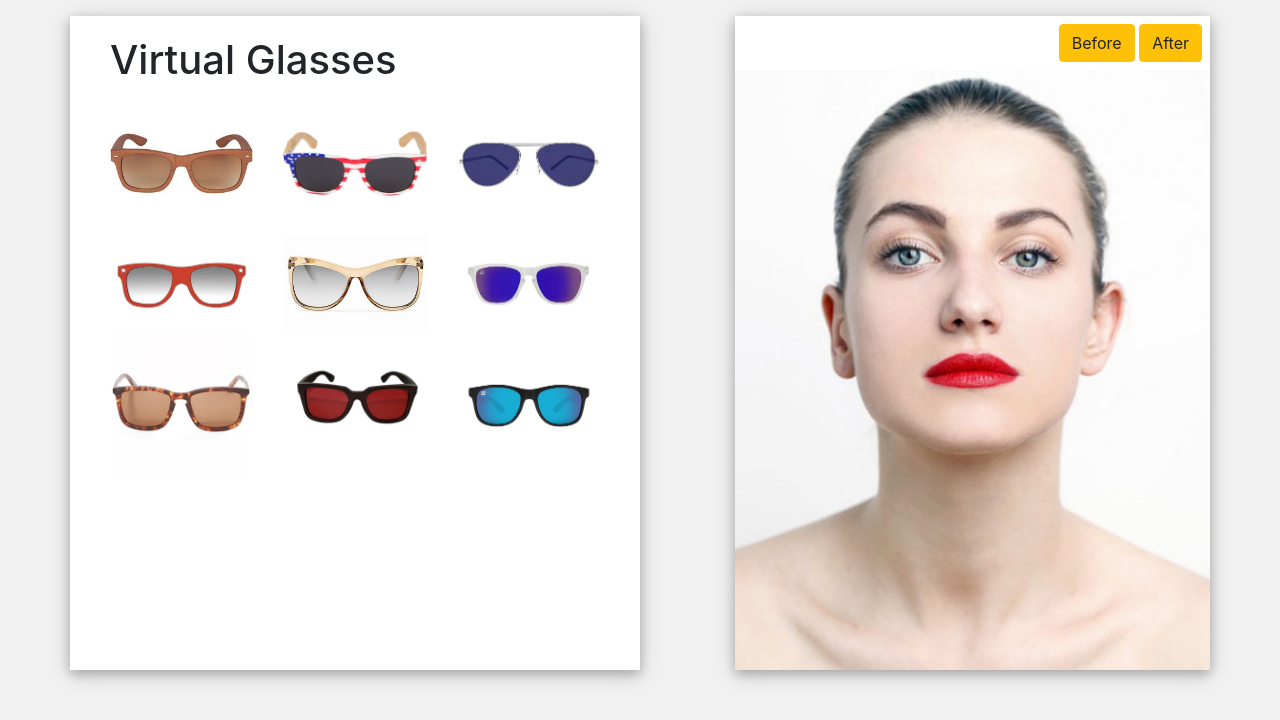
Repository: Khoi300399/BC35E_ES6_B2_MaThanhKhoi
Page: index.html
An editor plug-in stored every save of this project. The page is shown before and after the next save, followed by the edit.
The browser window is 1280 px wide. The pictures show the whole page.
After loading, the first visible `#btn1` was clicked once.

Above is the page before, as saved 2022-10-21 22:11:14.

### index.html
<!DOCTYPE html>
<html lang="en">
  <head>
    <title>Virtual Glasses</title>
    <!-- Required meta tags -->
    <meta charset="utf-8" />
    <meta
      name="viewport"
      content="width=device-width, initial-scale=1, shrink-to-fit=no"
    />

    <!-- Bootstrap CSS -->
    <link
      rel="stylesheet"
      href="https://stackpath.bootstrapcdn.com/bootstrap/4.3.1/css/bootstrap.min.css"
      integrity="sha384-ggOyR0iXCbMQv3Xipma34MD+dH/1fQ784/j6cY/iJTQUOhcWr7x9JvoRxT2MZw1T"
      crossorigin="anonymous"
    />

    <!-- Main CSS -->
    <link rel="stylesheet" href="./css/index.css" />
  </head>

  <body>
    <div class="container vglasses py-3">
      <div class="row justify-content-between">
        <div class="col-6 vglasses__left">
          <div class="row">
            <div class="col-12">
              <h1 class="mb-2">Virtual Glasses</h1>
            </div>
          </div>
          <div class="row" id="vglassesList"></div>
        </div>
        <div class="col-5 vglasses__right p-0">
          <div class="vglasses__card">
            <div class="mb-2 text-right mt-2 mr-2">
              <button
                id="btn1"
                class="btn btn-warning"
                onclick="removeGlasses(false)"
              >
                Before
              </button>
              <button
                id="btn2"
                class="btn btn-warning"
                onclick="removeGlasses(true)"
              >
                After
              </button>
            </div>
            <div class="vglasses__model" id="avatar">
              <img src="./img/v8.png" alt="" />
            </div>
            <div id="glassesInfo" class="vglasses__info"></div>
          </div>
        </div>
      </div>
    </div>

    <!-- Optional JavaScript -->
    <!-- jQuery first, then Popper.js, then Bootstrap JS -->
    <script
      src="https://code.jquery.com/jquery-3.4.1.js"
      integrity="sha256-WpOohJOqMqqyKL9FccASB9O0KwACQJpFTUBLTYOVvVU="
      crossorigin="anonymous"
    ></script>
    <!-- <script src="https://code.jquery.com/jquery-3.3.1.slim.min.js" integrity="sha384-q8i/X+965DzO0rT7abK41JStQIAqVgRVzpbzo5smXKp4YfRvH+8abtTE1Pi6jizo" crossorigin="anonymous"></script> -->
    <script
      src="https://cdnjs.cloudflare.com/ajax/libs/popper.js/1.14.7/umd/popper.min.js"
      integrity="sha384-UO2eT0CpHqdSJQ6hJty5KVphtPhzWj9WO1clHTMGa3JDZwrnQq4sF86dIHNDz0W1"
      crossorigin="anonymous"
    ></script>
    <script
      src="https://stackpath.bootstrapcdn.com/bootstrap/4.3.1/js/bootstrap.min.js"
      integrity="sha384-JjSmVgyd0p3pXB1rRibZUAYoIIy6OrQ6VrjIEaFf/nJGzIxFDsf4x0xIM+B07jRM"
      crossorigin="anonymous"
    ></script>

    <!-- MAIN JS -->
    <script src="./js/main.js"></script>
  </body>
</html>

### css/index.css
/* GLOBAL */
* {
  box-sizing: border-box;
}
body {
  background: #f1f1f1;
}

/* MAIN CSS */
.vglasses__left {
  background-color: white;
  padding: 20px 40px;
  box-shadow: 0 4px 10px 0 rgba(0, 0, 0, 0.2), 0 4px 20px 0 rgba(0, 0, 0, 0.19);
}
.vglasses__left .col-4 {
  align-self: center;
}
.vglasses__items {
  width: 50px;
  height: 50px;
}

.vglasses__left img {
  cursor: pointer;
  width: 100%;
  height: 100%;
}

.vglasses__right {
  box-shadow: 0 4px 10px 0 rgba(0, 0, 0, 0.2), 0 4px 20px 0 rgba(0, 0, 0, 0.19);
}

.vglasses__model {
  background-image: url("../img/model.jpg");
  background-position: center top;
  background-size: cover;
  height: 600px;
}

.vglasses__model img {
  position: absolute;
  top: 32%;
  left: 25%;
  width: 238px;
  height: 85px;
  opacity: 0.9;
}

.vglasses__card {
  position: relative;
  overflow: hidden;
  background-color: white;
}

.vglasses__info {
  position: absolute;
  bottom: 0;
  left: 0;
  background-color: rgba(0, 0, 0, 0.7);
  width: 100%;
  color: white;
  padding: 20px;
  display: none;
}

#glasses {
  transition: all 0.5s;
}

### js/main.js
let dataGlasses = [
  {
    id: "G1",
    src: "./img/g1.jpg",
    virtualImg: "./img/v1.png",
    brand: "Armani Exchange",
    name: "Bamboo wood",
    color: "Brown",
    price: 150,
    description:
      "Lorem ipsum dolor sit amet consectetur adipisicing elit. Nobis ea voluptates officiis? ",
  },
  {
    id: "G2",
    src: "./img/g2.jpg",
    virtualImg: "./img/v2.png",
    brand: "Arnette",
    name: "American flag",
    color: "American flag",
    price: 150,
    description:
      "Lorem ipsum dolor, sit amet consectetur adipisicing elit. In assumenda earum eaque doloremque, tempore distinctio.",
  },
  {
    id: "G3",
    src: "./img/g3.jpg",
    virtualImg: "./img/v3.png",
    brand: "Burberry",
    name: "Belt of Hippolyte",
    color: "Blue",
    price: 100,
    description: "Lorem ipsum dolor, sit amet consectetur adipisicing elit.",
  },
  {
    id: "G4",
    src: "./img/g4.jpg",
    virtualImg: "./img/v4.png",
    brand: "Coarch",
    name: "Cretan Bull",
    color: "Red",
    price: 100,
    description: "In assumenda earum eaque doloremque, tempore distinctio.",
  },
  {
    id: "G5",
    src: "./img/g5.jpg",
    virtualImg: "./img/v5.png",
    brand: "D&G",
    name: "JOYRIDE",
    color: "Gold",
    price: 180,
    description:
      "Lorem ipsum dolor, sit amet consectetur adipisicing elit. Error odio minima sit labore optio officia?",
  },
  {
    id: "G6",
    src: "./img/g6.jpg",
    virtualImg: "./img/v6.png",
    brand: "Polo",
    name: "NATTY ICE",
    color: "Blue, White",
    price: 120,
    description: "Lorem ipsum dolor, sit amet consectetur adipisicing elit.",
  },
  {
    id: "G7",
    src: "./img/g7.jpg",
    virtualImg: "./img/v7.png",
    brand: "Ralph",
    name: "TORTOISE",
    color: "Black, Yellow",
    price: 120,
    description:
      "Lorem ipsum dolor sit amet consectetur adipisicing elit. Enim sint nobis incidunt non voluptate quibusdam.",
  },
  {
    id: "G8",
    src: "./img/g8.jpg",
    virtualImg: "./img/v8.png",
    brand: "Polo",
    name: "NATTY ICE",
    color: "Red, Black",
    price: 120,
    description:
      "Lorem ipsum dolor sit amet consectetur adipisicing elit. Reprehenderit, unde enim.",
  },
  {
    id: "G9",
    src: "./img/g9.jpg",
    virtualImg: "./img/v9.png",
    brand: "Coarch",
    name: "MIDNIGHT VIXEN REMIX",
    color: "Blue, Black",
    price: 120,
    description:
      "Lorem ipsum dolor sit amet consectetur adipisicing elit. Sit consequatur soluta ad aut laborum amet.",
  },
];

let renderGlassesUI = () => {
  let contentHTMl = ``;
  for (let value of dataGlasses) {
    contentHTMl += `
    <div class="col-4 .vglasses__items">
        <img src="${value.src}" onclick="btnShowGlasses('${value.virtualImg}')"  alt="" />
    </div>
    `;
  }
  document.querySelector("#vglassesList").innerHTML = contentHTMl;
};
renderGlassesUI();

let btnShowGlasses = (value) => {
  console.log(value);
  let contentHTML = `
    <img src="${value}" alt="" />
    `;
  document.querySelector("#avatar").innerHTML = contentHTML;
  document.querySelector("#avatar img").style.display = "block";
};

let removeGlasses = (isBoolean) => {
  console.log(isBoolean);
  if (isBoolean) {
    document.querySelector("#avatar img").style.display = "block";
  }
  document.querySelector("#avatar img").style.display = "none";
};

After the next save:
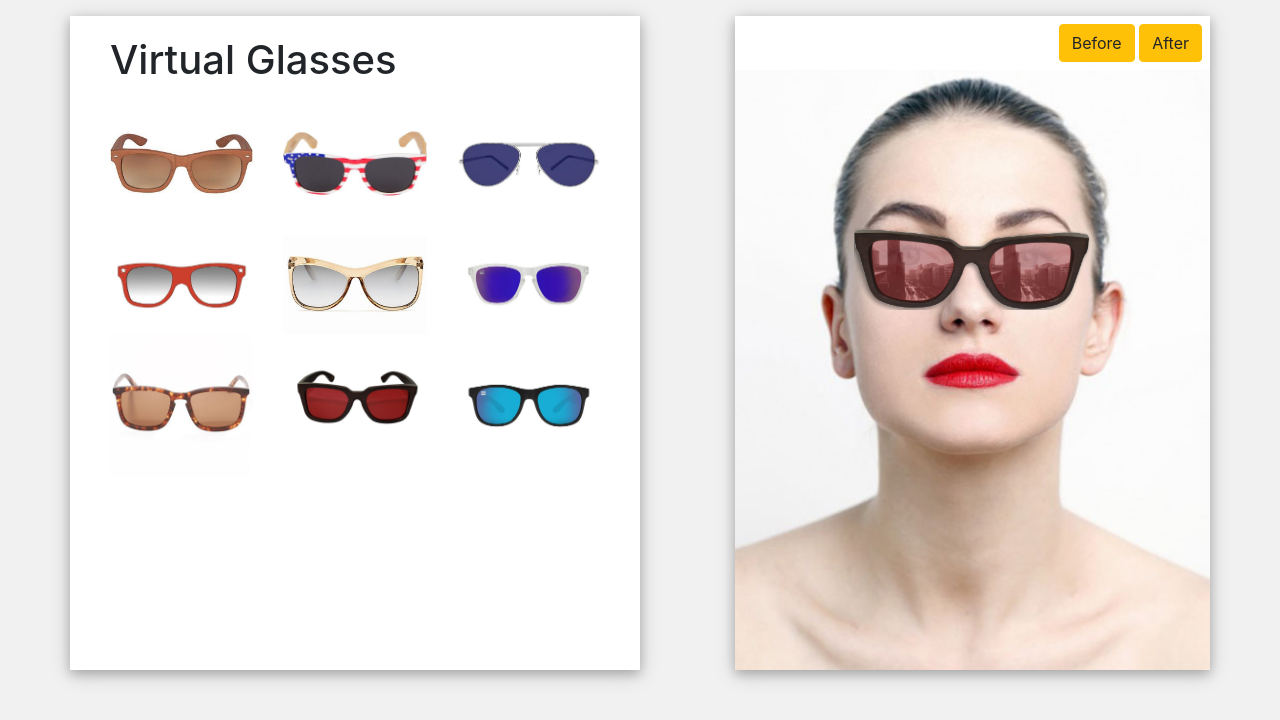
Saved 4 s later.
--- a/js/main.js
+++ b/js/main.js
@@ -121,8 +121,8 @@
 
 let removeGlasses = (isBoolean) => {
   console.log(isBoolean);
-  if (isBoolean) {
-    document.querySelector("#avatar img").style.display = "block";
-  }
-  document.querySelector("#avatar img").style.display = "none";
+  //   if (isBoolean) {
+  //     document.querySelector("#avatar img").style.display = "block";
+  //   }
+  //   document.querySelector("#avatar img").style.display = "none";
 };

After the save that followed:
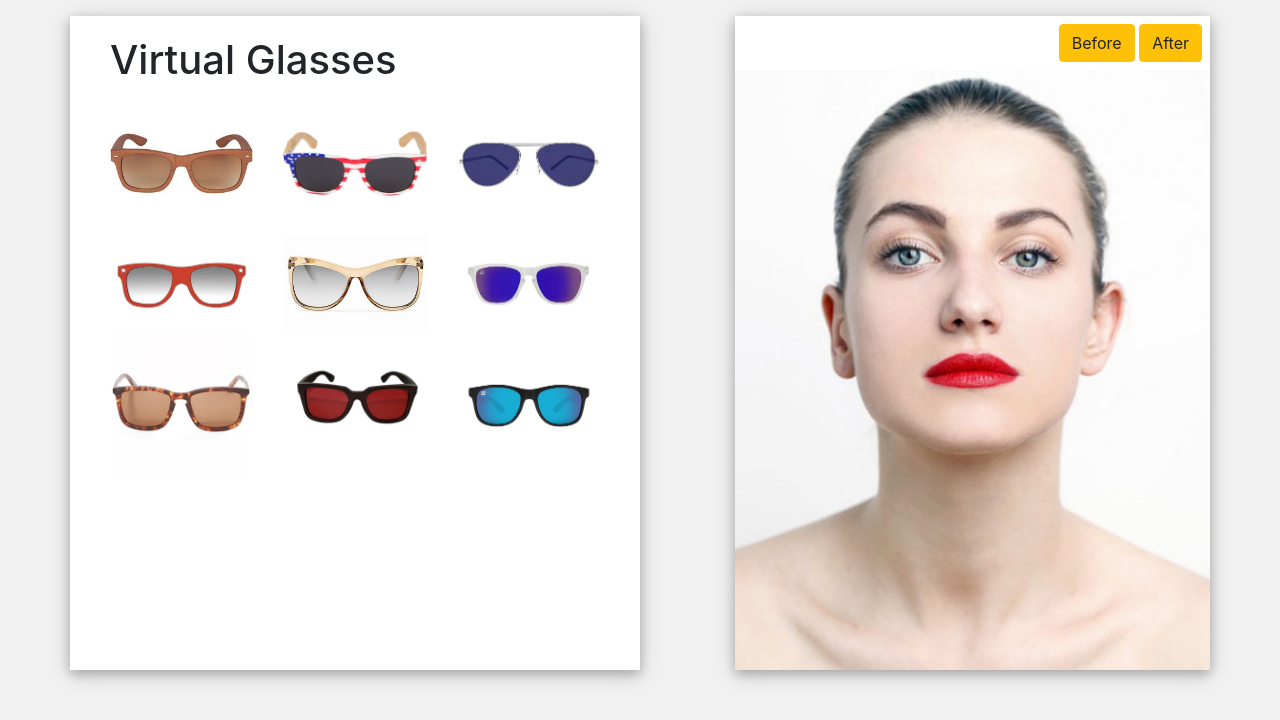
Saved 36 s later.
--- a/js/main.js
+++ b/js/main.js
@@ -121,8 +121,8 @@
 
 let removeGlasses = (isBoolean) => {
   console.log(isBoolean);
-  //   if (isBoolean) {
-  //     document.querySelector("#avatar img").style.display = "block";
-  //   }
-  //   document.querySelector("#avatar img").style.display = "none";
+  if (isBoolean) {
+    document.querySelector("#avatar img").style.display = "block";
+  }
+  document.querySelector("#avatar img").style.display = "none";
 };
